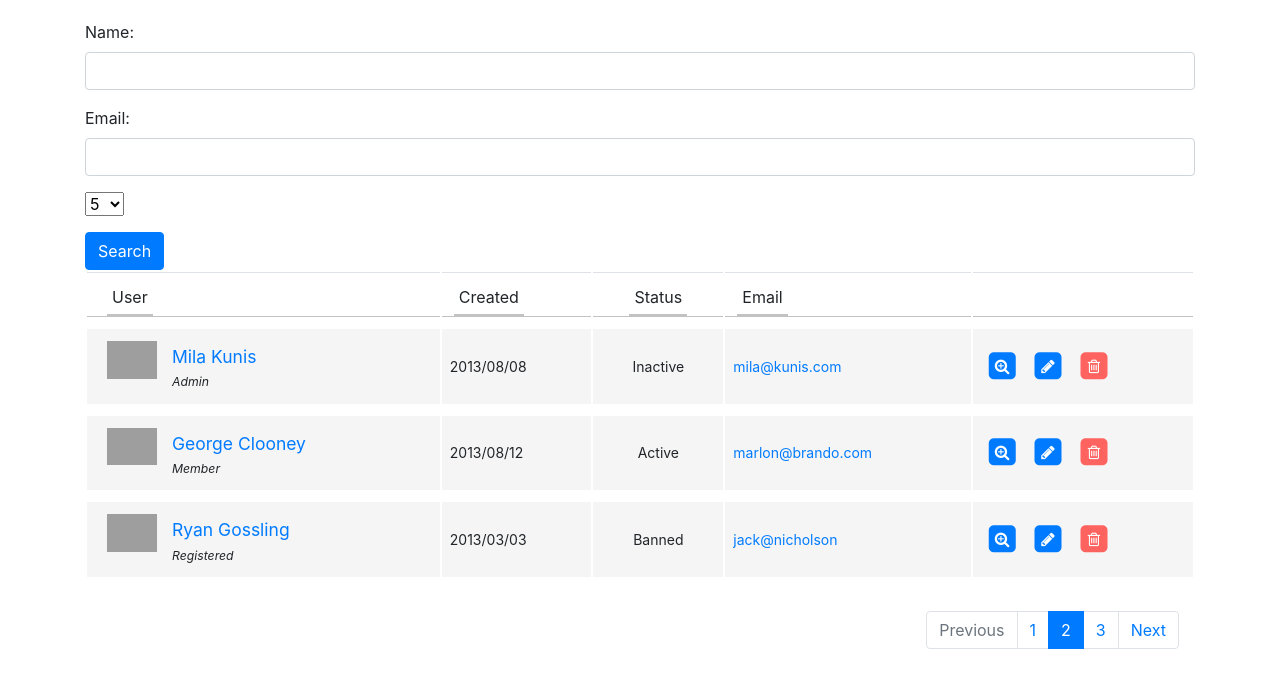
Repository: tienhoang123/Demo
Page: http://localhost/User/WEB-INF/views/home.jsp
The author's editor kept a copy of each file at every save. The page is drawn from the files as they stood at one save, then again after the next save.
The browser window is 1280 px wide. The pictures show the whole page.
Pictures or frames that could not be fetched are drawn as grey boxes. Some web libraries are served in a nearby version. The page is served by Tomcat 9. Nobody is signed in. Other server files are loaded and not shown. The template is opened directly, without the code that normally fills it, so the values that code supplies are empty.

Above is the page before, as saved 2019-10-14 06:51:22.
Console error: TypeError: Cannot read properties of undefined (reading 'fn')

### DemoCrud/User/src/main/webapp/WEB-INF/views/home.jsp
<%@ page language="java" contentType="text/html; charset=UTF-8"
	pageEncoding="UTF-8"%><!DOCTYPE html>
<%@ taglib uri="http://java.sun.com/jsp/jstl/core" prefix="c"%>
<html>
<head>
<meta http-equiv="Content-Type" content="text/html; charset=UTF-8">
<title>Home</title>
<link
	href="https://maxcdn.bootstrapcdn.com/font-awesome/4.3.0/css/font-awesome.min.css"
	rel="stylesheet">
<link
	href="<c:url value='/resources/css/boostrapcss/bootstrap.min.css' />"
	rel="stylesheet" id="bootstrap-css">
<script
	src="<c:url value='/resources/js/bootstrapjs/bootstrap.min.js' />"></script>
<script
	src="https://ajax.googleapis.com/ajax/libs/jquery/3.4.1/jquery.min.js"></script>
<link href="<c:url value='/resources/css/home.css' />" rel="stylesheet">
</head>
<body>
	<div class="container">
		<div class="row">
			<div class="col-lg-12">
				<div class="main-box clearfix">
					<div class="table-responsive">
						<div class="form-group">
							<label for="usr">Name:</label> <input type="text"
								class="form-control" id="usr" name="username">
						</div>
						<div class="form-group">
							<label for="pwd">Email:</label> <input type="password"
								class="form-control" id="pwd" name="password">
						</div>
						<div class="form-group">
							<select class="mdb-select md-form">

								<option value="5">5</option>
								<option value="10">10</option>
								<option value="15">15</option>
							</select>
						</div>

						<button type="submit" class="btn btn-primary">Search</button>

						<table class="table user-list">
							<thead>
								<tr>
									<th><span>User</span></th>
									<th><span>Created</span></th>
									<th class="text-center"><span>Status</span></th>
									<th><span>Email</span></th>
									<th>&nbsp;</th>
								</tr>
							</thead>
							<tbody>
								<tr>
									<td><img
										src="https://bootdey.com/img/Content/avatar/avatar1.png"
										alt=""> <a href="#" class="user-link">Mila Kunis</a> <span
										class="user-subhead">Admin</span></td>
									<td>2013/08/08</td>
									<td class="text-center"><span class="label label-default">Inactive</span>
									</td>
									<td><a href="#">mila@kunis.com</a></td>
									<td style="width: 20%;"><a href="#" class="table-link">
											<span class="fa-stack"> <i
												class="fa fa-square fa-stack-2x"></i> <i
												class="fa fa-search-plus fa-stack-1x fa-inverse"></i>
										</span>
									</a> <a href="#" class="table-link"> <span class="fa-stack">
												<i class="fa fa-square fa-stack-2x"></i> <i
												class="fa fa-pencil fa-stack-1x fa-inverse"></i>
										</span>
									</a> <a href="#" class="table-link danger"> <span
											class="fa-stack"> <i class="fa fa-square fa-stack-2x"></i>
												<i class="fa fa-trash-o fa-stack-1x fa-inverse"></i>
										</span>
									</a></td>
								</tr>
								<tr>
									<td><img
										src="https://bootdey.com/img/Content/avatar/avatar2.png"
										alt=""> <a href="#" class="user-link">George Clooney</a>
										<span class="user-subhead">Member</span></td>
									<td>2013/08/12</td>
									<td class="text-center"><span class="label label-success">Active</span>
									</td>
									<td><a href="#">marlon@brando.com</a></td>
									<td style="width: 20%;"><a href="#" class="table-link">
											<span class="fa-stack"> <i
												class="fa fa-square fa-stack-2x"></i> <i
												class="fa fa-search-plus fa-stack-1x fa-inverse"></i>
										</span>
									</a> <a href="#" class="table-link"> <span class="fa-stack">
												<i class="fa fa-square fa-stack-2x"></i> <i
												class="fa fa-pencil fa-stack-1x fa-inverse"></i>
										</span>
									</a> <a href="#" class="table-link danger"> <span
											class="fa-stack"> <i class="fa fa-square fa-stack-2x"></i>
												<i class="fa fa-trash-o fa-stack-1x fa-inverse"></i>
										</span>
									</a></td>
								</tr>
								<tr>
									<td><img
										src="https://bootdey.com/img/Content/avatar/avatar3.png"
										alt=""> <a href="#" class="user-link">Ryan Gossling</a>
										<span class="user-subhead">Registered</span></td>
									<td>2013/03/03</td>
									<td class="text-center"><span class="label label-danger">Banned</span>
									</td>
									<td><a href="#">jack@nicholson</a></td>
									<td style="width: 20%;"><a href="#" class="table-link">
											<span class="fa-stack"> <i
												class="fa fa-square fa-stack-2x"></i> <i
												class="fa fa-search-plus fa-stack-1x fa-inverse"></i>
										</span>
									</a> <a href="#" class="table-link"> <span class="fa-stack">
												<i class="fa fa-square fa-stack-2x"></i> <i
												class="fa fa-pencil fa-stack-1x fa-inverse"></i>
										</span>
									</a> <a href="#" class="table-link danger"> <span
											class="fa-stack"> <i class="fa fa-square fa-stack-2x"></i>
												<i class="fa fa-trash-o fa-stack-1x fa-inverse"></i>
										</span>
									</a></td>
								</tr>
							</tbody>
						</table>
					</div>
					<nav aria-label="...">
						<ul class="pagination justify-content-end mt-3 mr-3">
							<li class="page-item disabled"><span class="page-link">Previous</span>
							</li>
							<li class="page-item"><a class="page-link" href="#">1</a></li>
							<li class="page-item active"><span class="page-link">2<span
									class="sr-only">(current)</span>
							</span></li>
							<li class="page-item"><a class="page-link" href="#">3</a></li>
							<li class="page-item"><a class="page-link" href="#">Next</a>
							</li>
						</ul>
					</nav>


				</div>
			</div>
		</div>
	</div>
</body>
</html>

### DemoCrud/User/src/main/webapp/resources/css/home.css

body{margin-top:20px;}


/* USER LIST TABLE */
.user-list tbody td > img {
    position: relative;
	max-width: 50px;
	float: left;
	margin-right: 15px;
}
.user-list tbody td .user-link {
	display: block;
	font-size: 1.25em;
	padding-top: 3px;
	margin-left: 60px;
}
.user-list tbody td .user-subhead {
	font-size: 0.875em;
	font-style: italic;
}

/* TABLES */
.table {
    border-collapse: separate;
}
.table-hover > tbody > tr:hover > td,
.table-hover > tbody > tr:hover > th {
	background-color: #eee;
}
.table thead > tr > th {
	border-bottom: 1px solid #C2C2C2;
	padding-bottom: 0;
}
.table tbody > tr > td {
	font-size: 0.875em;
	background: #f5f5f5;
	border-top: 10px solid #fff;
	vertical-align: middle;
	padding: 12px 8px;
}
.table tbody > tr > td:first-child,
.table thead > tr > th:first-child {
	padding-left: 20px;
}
.table thead > tr > th span {
	border-bottom: 2px solid #C2C2C2;
	display: inline-block;
	padding: 0 5px;
	padding-bottom: 5px;
	font-weight: normal;
}
.table thead > tr > th > a span {
	color: #344644;
}
.table thead > tr > th > a span:after {
	content: "\f0dc";
	font-family: FontAwesome;
	font-style: normal;
	font-weight: normal;
	text-decoration: inherit;
	margin-left: 5px;
	font-size: 0.75em;
}
.table thead > tr > th > a.asc span:after {
	content: "\f0dd";
}
.table thead > tr > th > a.desc span:after {
	content: "\f0de";
}
.table thead > tr > th > a:hover span {
	text-decoration: none;
	color: #2bb6a3;
	border-color: #2bb6a3;
}
.table.table-hover tbody > tr > td {
	-webkit-transition: background-color 0.15s ease-in-out 0s;
	transition: background-color 0.15s ease-in-out 0s;
}
.table tbody tr td .call-type {
	display: block;
	font-size: 0.75em;
	text-align: center;
}
.table tbody tr td .first-line {
	line-height: 1.5;
	font-weight: 400;
	font-size: 1.125em;
}
.table tbody tr td .first-line span {
	font-size: 0.875em;
	color: #969696;
	font-weight: 300;
}
.table tbody tr td .second-line {
	font-size: 0.875em;
	line-height: 1.2;
}
.table a.table-link {
	margin: 0 5px;
	font-size: 1.125em;
}
.table a.table-link:hover {
	text-decoration: none;
	color: #2aa493;
}
.table a.table-link.danger {
	color: #fe635f;
}
.table a.table-link.danger:hover {
	color: #dd504c;
}

.table-products tbody > tr > td {
	background: none;
	border: none;
	border-bottom: 1px solid #ebebeb;
	-webkit-transition: background-color 0.15s ease-in-out 0s;
	transition: background-color 0.15s ease-in-out 0s;
	position: relative;
}
.table-products tbody > tr:hover > td {
	text-decoration: none;
	background-color: #f6f6f6;
}
.table-products .name {
	display: block;
	font-weight: 600;
	padding-bottom: 7px;
}
.table-products .price {
	display: block;
	text-decoration: none;
	width: 50%;
	float: left;
	font-size: 0.875em;
}
.table-products .price > i {
	color: #8dc859;
}
.table-products .warranty {
	display: block;
	text-decoration: none;
	width: 50%;
	float: left;
	font-size: 0.875em;
}
.table-products .warranty > i {
	color: #f1c40f;
}
.table tbody > tr.table-line-fb > td {
	background-color: #9daccb;
	color: #262525;
}
.table tbody > tr.table-line-twitter > td {
	background-color: #9fccff;
	color: #262525;
}
.table tbody > tr.table-line-plus > td {
	background-color: #eea59c;
	color: #262525;
}
.table-stats .status-social-icon {
	font-size: 1.9em;
	vertical-align: bottom;
}
.table-stats .table-line-fb .status-social-icon {
	color: #556484;
}
.table-stats .table-line-twitter .status-social-icon {
	color: #5885b8;
}
.table-stats .table-line-plus .status-social-icon {
	color: #a75d54;
}

Loaded but not shown: DemoCrud/User/src/main/webapp/resources/css/boostrapcss/bootstrap.min.css (library); DemoCrud/User/src/main/webapp/resources/js/boostrapjs/bootstrap.min.js (library)

After the next save:
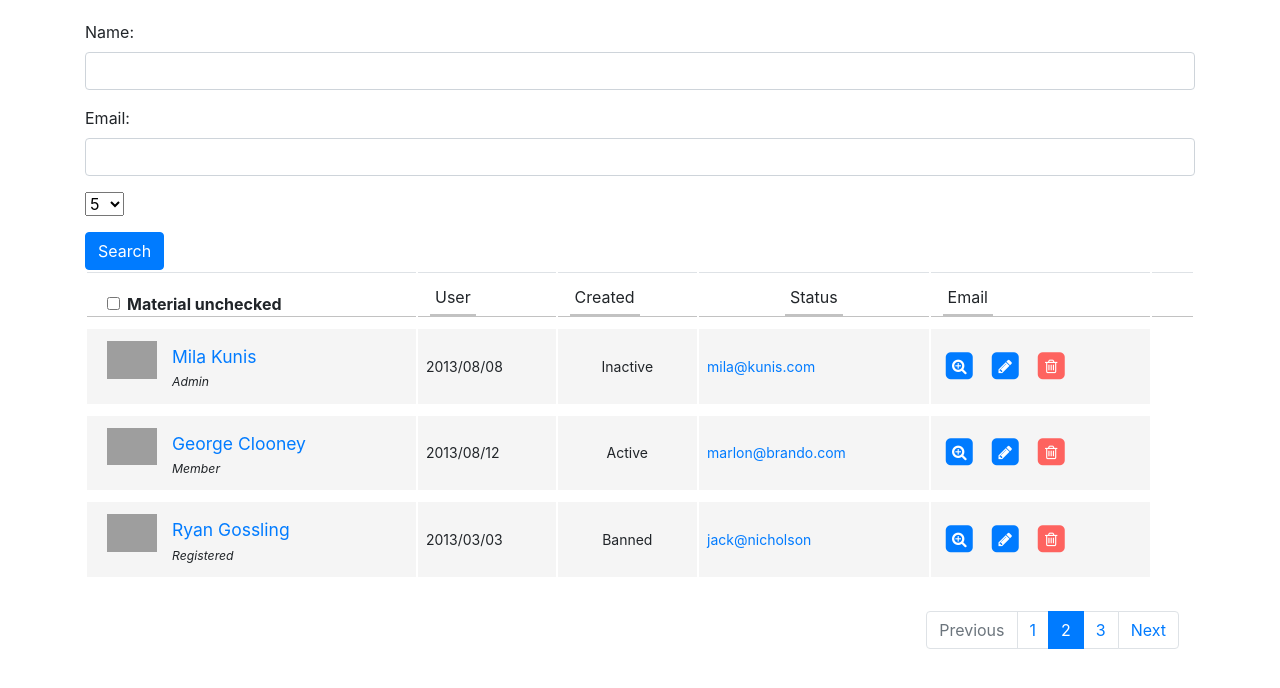
Saved 71 s later.
--- a/DemoCrud/User/src/main/webapp/WEB-INF/views/home.jsp
+++ b/DemoCrud/User/src/main/webapp/WEB-INF/views/home.jsp
@@ -45,6 +45,10 @@
 						<table class="table user-list">
 							<thead>
 								<tr>
+									<th><div class="form-check">
+    <input type="checkbox" class="form-check-input" id="materialUnchecked">
+    <label class="form-check-label" for="materialUnchecked">Material unchecked</label>
+</div></th>
 									<th><span>User</span></th>
 									<th><span>Created</span></th>
 									<th class="text-center"><span>Status</span></th>
